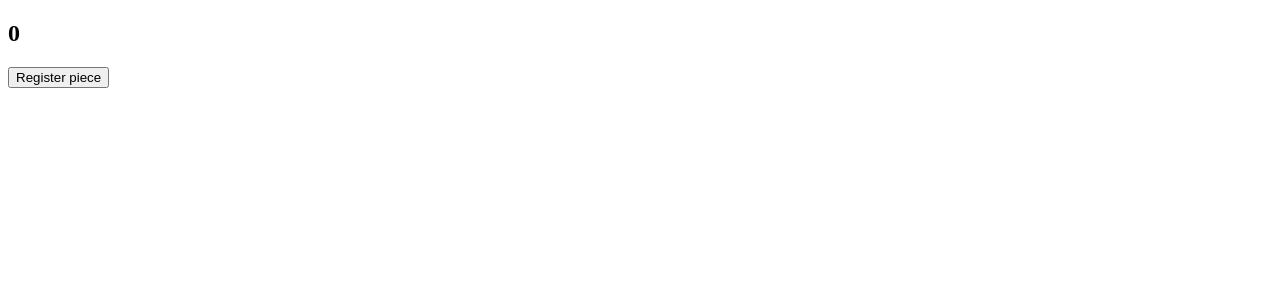
Repository: Esttevo/list-rewiew-js-2
Page: modulo-6/att-2/index.html
These files come from the project's save history. The page is drawn as it stood at one moment and after a run of saves; the edit follows.
The browser window is 1280 px wide. The pictures show the whole page.

Above is the page before, as saved 2026-10-22 20:12:12.

After the next 4 saves:
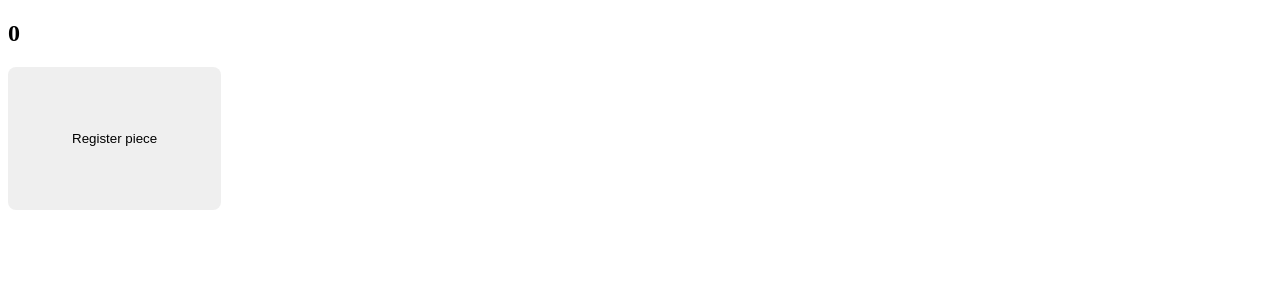
The 4 saves are shown as one change because they came seconds apart.
The last was saved 12 s later.
--- a/modulo-6/att-2/style.css
+++ b/modulo-6/att-2/style.css
@@ -1,3 +1,6 @@
 button {
-    border: ;
+    border: none;
+    border-radius: 8px;
+    padding: 4rem;
+
 }
